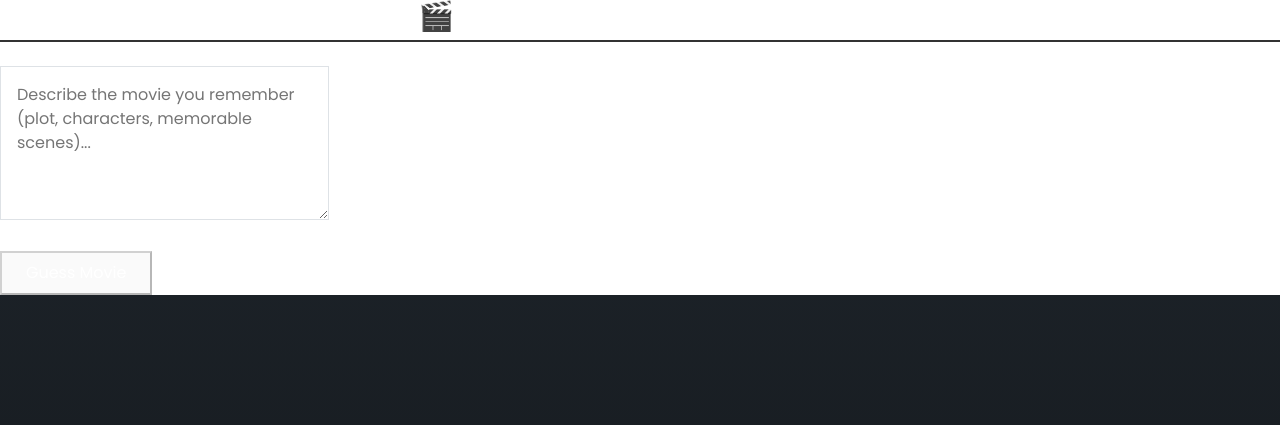
Repository: MahmoudSaad1307/DEPI-MoviesApp
Page: /movies
An editor plug-in stored every save of this project. The page is shown before and after the next save, followed by the edit.
The browser window is 1280 px wide. The pictures show the whole page.
The project was rebuilt for these pictures with package versions that can differ from the ones it lists, and the page was loaded fresh each time. Also part of the build but not shown: vite.config.js, vite.config.ts, src/constants/components/Navbar.jsx, src/constants/components/Footer.jsx, src/pages/Layout.jsx, src/components/popular.jsx, src/components/continueWatching.jsx, src/components/topPicks.jsx and 11 more.

Above is the page before, as saved 2025-04-19 15:39:09.

### index.html
<!doctype html>
<html lang="en">
  <head>
    <meta charset="UTF-8" />
    <link rel="icon" type="image/svg+xml" href="/vite.svg" />

    <meta name="viewport" content="width=device-width, initial-scale=1.0" />
    <title>Vite + React + TS</title>
  </head>
  <body>
    <div id="root"></div>
    <script type="module" src="/src/main.jsx"></script>

  </body>
</html>

### src/main.jsx
// main.jsx
import { createRoot } from "react-dom/client";
import { BrowserRouter } from "react-router-dom";
import "bootstrap/dist/css/bootstrap.min.css";
import 'bootstrap/dist/js/bootstrap.bundle.min.js';
import "bootstrap-icons/font/bootstrap-icons.css";
// import '@fortawesome/fontawesome-free/css/all.min.css';
import { StrictMode, useEffect } from "react";
// import app from "./firebase/firebase";

import App from "./App";
// import { registerUser } from "./firebase/firebaseServices";

createRoot(document.getElementById("root")).render(
  <StrictMode>
    <BrowserRouter>
      <App />
    </BrowserRouter>
  </StrictMode>
);

### src/App.jsx
import { Routes, Route } from "react-router-dom";
import Layout from "./pages/Layout";
import HomePage from "./pages/HomePage";
import UserPage from "./pages/UserPage";
import ActorPage from "./pages/Actor";
import MoviesPage from "./pages/MoviesPage";
import TVShowsPage from "./pages/tvshows";
import MovieDetails from "./pages/MovieDetails";
import UserEditPage from "./pages/UserEditPage";
import Watchlist from "./pages/Watchlist";
import Bonus from "./constants/components/bonus";
import Tess from "./constants/components/MovieSearch";
import "bootstrap/dist/css/bootstrap.min.css";
import 'bootstrap/dist/js/bootstrap.bundle.min.js';
import "bootstrap-icons/font/bootstrap-icons.css";
const App = () => {
  return (
    // <Routes>
    //   <Route element={<Layout />}>
    //     <Route path="/" element={<HomePage />} />
    //     <Route path="/movie-details/:media_type/:id" element={<MovieDetails />} />
    //     <Route path="/user" element={<UserPage />} />
    //     <Route path="/user/edit" element={<UserEditPage />} />
    //     <Route path="/actor/:id" element={<ActorPage />}/>
    //     <Route path="/movies" element={<MoviesPage />} />
    //     <Route path="/tv-shows" element={<TVShowsPage />} />
    //     <Route path="/watchlist" element={<Watchlist />} />
    //   </Route>
    // </Routes>
    <Tess/>
  );
};

export default App;

### src/constants/components/MovieSearch.jsx
import React, { useState, useEffect } from "react";

export default function MovieSearch() {
  const [description, setDescription] = useState("");
  const [movieName, setMovieName] = useState("");
  const [loading, setLoading] = useState(false);
  const [error, setError] = useState("");

  const API_KEY = "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";

  const guessMovie = async () => {
    if (!description.trim()) {
      setError("Please enter a movie description");
      return;
    }

    setLoading(true);
    setMovieName("");
    setError("");

    const controller = new AbortController(); // Create AbortController
    const signal = controller.signal;

    try {
      const response = await fetch(
        "https://api.groq.com/openai/v1/chat/completions",
        {
          method: "POST",
          headers: {
            "Content-Type": "application/json",
            "Authorization": `Bearer ${API_KEY}`,
          },
          body: JSON.stringify({
            model: "llama3-70b-8192",
            messages: [
              {
                role: "user",
                content: `What movie is this based on the following description: ${description}? Reply with just the movie name.`,
              },
            ],
            temperature: 0.7,
            max_tokens: 100,
          }),
          signal, // Pass the abort signal
        }
      );

      if (!response.ok) {
        const errorData = await response.json().catch(() => ({}));
        throw new Error(`API error ${response.status}: ${errorData.error?.message || response.statusText}`);
      }

      const data = await response.json();
      const guess = data.choices?.[0]?.message?.content || "Couldn't determine the movie.";
      setMovieName(guess.trim());
    } catch (error) {
      if (error.name === "AbortError") {
        console.log("Fetch aborted");
      } else {
        setError(`Error: ${error.message || "Failed to connect to AI service"}`);
      }
    } finally {
      setLoading(false);
    }

    // Cleanup on component unmount
    return () => controller.abort();
  };

  // Use useEffect to handle cleanup
  useEffect(() => {
    return () => {
      // Cleanup if component unmounts
      const controller = new AbortController();
      controller.abort();
    };
  }, []);

  return (
    <div className="max-w-lg mx-auto p-6 bg-white rounded-lg shadow-md">
      <h2 className="text-2xl font-bold text-center mb-4">🎬 Movie Memory Assistant</h2>
      <div className="mb-4">
        <textarea
          className="w-full p-3 border border-gray-300 rounded-md focus:outline-none focus:ring-2 focus:ring-blue-500"
          rows="5"
          placeholder="Describe the movie you remember (plot, characters, memorable scenes)..."
          value={description}
          onChange={(e) => setDescription(e.target.value)}
        />
      </div>
      <button
        className="w-full bg-blue-600 text-white py-2 px-4 rounded-md hover:bg-blue-700 focus:outline-none focus:ring-2 focus:ring-blue-500 disabled:bg-gray-400"
        onClick={guessMovie}
        disabled={loading || !description.trim()}
      >
        {loading ? "Thinking..." : "Guess Movie"}
      </button>
      {error && (
        <div className="mt-4 p-3 bg-red-100 border-l-4 border-red-500 text-red-700">
          <p>{error}</p>
        </div>
      )}
      {movieName && (
        <div className="mt-4 p-4 bg-blue-50 rounded-lg border border-blue-200">
          <h3 className="font-medium text-lg">AI Guess:</h3>
          <p className="text-xl font-bold text-blue-800">{movieName}</p>
        </div>
      )}
    </div>
  );
}

### src/pages/Actor.css
* {
  margin: 0;
  padding: 0;
  box-sizing: border-box;
}

@font-face {
  font-family: TiemposHeadlineWeb-Bold;
  src: url(https://s.ltrbxd.com/fonts/TiemposHeadlineWeb-Bold.eot);
}

@font-face {
  font-family: Graphik-Light;
  src: url(https://s.ltrbxd.com/fonts/Graphik-Light-Web.eot);
}

@font-face {
  font-family: Graphik-Regular;
  src: url(https://s.ltrbxd.com/fonts/Graphik-Regular-Web.eot);
}

@font-face {
  font-family: Graphik-Semibold;
  src: url(https://s.ltrbxd.com/fonts/Graphik-SemiboldItalic-Web.eot);
}

body {
  font-family: Graphik-Regular, sans-serif;
  background: linear-gradient(#20272e, #14181c);
  background-attachment: fixed;
  color: #fff;
}

.centering {
  width: 1000px;
  margin: auto;
}

header {
  background-color: #14181c;
  position: relative;
  z-index: 1;
}

nav {
  display: flex;
  justify-content: space-around;
  align-items: center;
  color: #fff;
  padding: 20px 0;
}

a {
  text-decoration: none;
  color: #fff;
}

li {
  list-style: none;
}

.logo {
  font-family: TiemposHeadlineWeb-Bold, sans-serif;
  font-size: 29px;
  color: #fff;
  font-weight: 800;
}

.logo img {
  width: 55px;
  height: 20px;
}

.navbarItems {
  display: flex;
  align-items: center;
}

.navbar-nav {
  display: flex;
  align-items: center;
  position: relative;
}

.navbar-nav .nav-item {
  margin: 0 10px;
}

.nav-link {
  font-family: Graphik-Semibold, sans-serif;
  text-transform: uppercase;
  font-size: 13px;
  font-weight: 800;
  color: #667788;
  transition: 0.2s;
}

.nav-link:hover {
  color: #fff;
}

.dropdown {
  display: flex;
  align-items: center;
}

.dropdown img {
  width: 25px;
  height: 25px;
  margin-right: 5px;
  border-radius: 50%;
}

.dropdown-menu {
  display: none;
  position: absolute;
  top: 26px;
  background-color: #8899aa;
  padding: 15px;
  box-shadow: 0 0 10px rgba(0, 0, 0, 0.5);
}

.dropdown-item {
  padding: 10px 0;
}

.btnLog {
  background-color: #15ad2d;
  color: #fff;
  padding: 7px 15px;
  border-radius: 5px;
  border: none;
  font-size: 13px;
  font-weight: 700;
  margin-left: 15px;
  cursor: pointer;
  transition: 0.2s;
}

.btnLog:hover {
  background-color: #009d1a;
}

hr {
  margin: 5px 0px 15px 0px;
  border: 1px solid rgb(102, 119, 136, 0.3);
}

.actorProfile {
  display: flex;
  justify-content: space-between;
  margin-top: 20px;
  padding-bottom: 40px;
}

.actorFilms {
  width: 70%;
  display: flex;
  flex-direction: column;
  margin-top: 10px;
}

.actorFilms p {
  font-family: Graphik-Light, sans-serif;
  font-size: 13px;
  font-weight: 300;
  text-transform: uppercase;
  color: #667788;
}

.actorFilms h2 {
  font-family: Graphik-Semibold, sans-serif;
  font-size: 25px;
  font-weight: 700;
  margin-bottom: 40px;
}

.actorFilms img {
  width: 125 px;
  height: 190px;
  margin-bottom: 20px;
  border-radius: 5px;
  cursor: pointer;
}
.actorFilms img:hover {
  transform: scale(1.03);
  transition: 0.3s;
}
.films {
  display: flex;
  flex-wrap: wrap;
  justify-content: space-between;
}

.aboutActor {
  width: 25%;
  display: flex;
  flex-direction: column;
  margin-top: 30px;
}

.aboutActor img {
  width: 230px;
  height: 340px;
  border-radius: 5px;
  border: 1px solid rgb(255, 255, 255, 0.3);
  cursor: pointer;
}

.aboutActor img:hover {
  border: 1px solid rgb(255, 255, 255 , 0.6);
  transition: 0.3s;
}

.aboutActor h3 {
  font-family: Graphik-Semibold, sans-serif;
  font-size: 15px;
  margin-top: 20px;
  color: #667788;
}

.aboutActor p {
  font-family: Graphik-Light, sans-serif;
  font-size: 13px;
  font-weight: 300;
  margin-top: 10px;
  color: #667788;
}

footer {
  background-color: #2c3440;
  color: #91a1b2;
  height: 170px;
}

.hallFooter {
  display: flex;
  justify-content: space-between;
  padding: 35px 0;
}

.footerLinks {
  display: flex;
  flex-direction: column;
  width: 60%;
}

.Links {
  display: flex;
  justify-content: space-between;
  margin-bottom: 25px;
}

.footerLink {
  font-family: Graphik-Semibold, sans-serif;
  font-size: 15px;
  font-weight: 700;
  cursor: pointer;
  transition: 0.3s;
}

.footerLink:hover {
  color: #fff;
}

.copyRights {
  font-family: Graphik-Light, sans-serif;
  font-size: 12px;
  opacity: 0.6;
}

.socialLinks {
  display: flex;
  justify-content: space-between;
  width: 20%;
}

.socialLink {
  cursor: pointer;
  opacity: 0.6;
  transition: 0.3s;
}

.socialLink:hover {
  color: #fff;
}
@media (max-width: 768px) {
  .centering {
    width: 100%;
    padding: 0 20px;
  }

  .actorProfile {
    flex-direction: column;
    align-items: center;
  }

  .actorFilms {
    width: 100%;
  }

  .aboutActor {
    width: 100%;
    align-items: center;
  }

  .aboutActor img {
    width: 80%;
  }

  .actorFilms img {
    width: 80%;
  }

  .socialLinks {
    flex-direction: column;
    align-items: center;
  }

}

### src/pages/MoviesPage.css
/* ======== General Container ======== */
.container {
  padding: 20px;
  max-width: 1200px;
  margin: 0 auto;
}

/* ======== Film List ======== */
.film-list {
  display: flex;
  flex-wrap: wrap;
  gap: 24px;
  justify-content: center;
  padding: 20px 0;
}

/* ======== Film Card ======== */
.film-card {
  background-color: #1c1c1c;
  border-radius: 16px;
  color: #eaeaea;
  flex: 1 1 calc(25% - 24px);
  transition: transform 0.4s ease, box-shadow 0.4s ease, background-color 0.4s ease;
  overflow: hidden;
  box-shadow: 0 6px 12px rgba(0, 0, 0, 0.35);
  position: relative;
  min-width: 240px;
  max-width: 300px;
}

/* ======== Hover Effect ======== */
.film-card:hover {
  transform: translateY(-8px) scale(1.02);
  box-shadow: 0 20px 40px rgba(0, 0, 0, 0.6);
  background-color: #252525;
}

.film-card img {
  width: 100%;
  height: auto;
  max-height: 220px;
  object-fit: cover;
  transition: transform 0.4s ease;
}

.film-card:hover img {
  transform: scale(1.1);
}

/* ======== Card Body ======== */
.card-body {
  padding: 15px;
  text-align: center;
}

.card-body h5 {
  margin: 0 0 8px;
  font-size: 1.1rem;
  font-weight: bold;
  word-wrap: break-word;
}

.card-body p:first-of-type {
  margin: 0 0 8px;
  font-size: 0.9rem;
  color: #f4d03f;
}

.card-body p:last-of-type {
  font-size: 0.85rem;
  color: #b0b0b0;
  line-height: 1.3;
}

/* ======== Section Title ======== */
h2 {
  margin-bottom: 15px;
  font-size: 1.8rem;
  color: #ffffff;
  border-bottom: 2px solid #333;
  padding-bottom: 5px;
  text-transform: capitalize;
  font-family: 'Arial Black', sans-serif;
  letter-spacing: 0.5px;
}

/* ======== Utility Classes ======== */
.text-center {
  text-align: center;
}

.mb-5 {
  margin-bottom: 3rem;
}

.mb-4 {
  margin-bottom: 2rem;
}

/* ======== Popular Reviews Section ======== */
.review-list {
  display: flex;
  flex-wrap: wrap;
  gap: 20px;
  justify-content: center;
}

.review-card {
  background: linear-gradient(145deg, #202020, #1a1a1a);
  border-radius: 16px;
  padding: 20px;
  flex: 1 1 calc(33.33% - 20px);
  min-width: 260px;
  max-width: 350px;
  color: #eaeaea;
  box-shadow: 0 4px 15px rgba(0, 0, 0, 0.4);
  transition: transform 0.3s ease, box-shadow 0.3s ease;
}

.review-card h5 {
  margin: 0 0 10px;
  color: #f4d03f;
  font-size: 1.1rem;
}

.review-card p {
  font-style: italic;
  margin-bottom: 8px;
  font-size: 0.9rem;
  color: #c0c0c0;
}

.review-card span {
  font-size: 0.85rem;
  color: #a0a0a0;
}

.review-card:hover {
  transform: translateY(-5px);
  box-shadow: 0 10px 25px rgba(255, 255, 255, 0.08);
}

/* ======== Responsive Media Queries ======== */

/* Tablet */
@media (max-width: 992px) {
  .film-card {
    flex: 1 1 calc(33.33% - 24px);
  }
  .review-card {
    flex: 1 1 calc(50% - 20px);
  }
}

/* Mobile */
@media (max-width: 600px) {
  .film-card {
    flex: 1 1 100%;
  }
  .review-card {
    flex: 1 1 100%;
  }
  h2 {
    font-size: 1.5rem;
    text-align: center;
  }
}

### src/pages/styles.css
@import url('https://fonts.googleapis.com/css2?family=Poppins:wght@400;700&display=swap');

:root {
  --main-color: #13c6b0;
  --secondary-color: #1f1f1f;

}

* {
  margin: 0;
  padding: 0;
  box-sizing: border-box;
}

a {
  padding: 0;
  text-decoration: none;
}

body {
    font-family: 'Poppins', sans-serif;

  background-color: black;
}
#navbar-container {
  position: sticky;
  top: 0;
  z-index: 1000;

}





.search-form {
  display: flex;
  justify-content: center;
  align-items: center;
}

.search-box {
  display: flex;
  align-items: center;
  background: #232b32;
  border-radius: 25px;
  padding: 10px 15px;
  width: 250px;
}

.search-input {
  border: none;
  background: transparent;
  outline: none;
  color: #fff;
  flex: 1;
}

.search-button {
  background: none;
  border: none;
  color: #b0b3b8;
  cursor: pointer;
  font-size: 18px;
}

.search-button:hover {
  color: #fff;
}

.logo {
  display: flex;
  justify-content: center;
}

.logo .logo_icon {
  margin-right: 10px;
  width: 40px;
  height: 40px;
}

.logo h1 {
  color: var(--main-color);
  margin: auto 0;
}

.movie-container {
  margin-bottom: 20px;
  position: relative;
}

.movie-card {
  width: 100%;
  position: relative;
  border-radius: 10px;
  overflow: hidden;
  transition: transform 0.3s ease-in-out;
}

.movie-card:hover {
  transform: scale(1.05);
}

.movie-card img {
  width: 100%;
  border-radius: 10px;
}

.top-badge {
  position: absolute;
  top: 8px;
  right: 8px;
  background-color: var(--main-color);
  color: white;
  font-size: 12px;
  font-weight: bold;
  padding: 4px 8px;
  border-radius: 5px;
}

.movie-card + .movie-title {
  margin: 0 0 20px 0;
  text-align: center;
  font-size: 18px;
  font-weight: bold;
  color: gray;
  transition: margin 0.3s ease-in-out;
}

.movie-card:hover + .movie-title {
  color: white;
  margin-top: 15px;
  margin-bottom: 5px;
}

.image-container {
  position: relative;
  display: inline-block;
  width: 100%;
  border-radius: 8px;
}

.image-container img {
  width: 100%;
  display: block;
  border-radius: 8px;
}

.image-container .overlay {
  position: absolute;
  bottom: 0;
  left: 0;
  width: 100%;
  height: 40px;
  background: linear-gradient(to top, rgba(0, 0, 0, 0.7), transparent);
  border-radius: 8px;
}

.rating {
  position: absolute;
  bottom: 10px;
  left: 10px;
  font-size: 12px;
  font-weight: bold;
  z-index: 2;
  color: whitesmoke;
}

.rating i {
  font-size: 8px;
  color: whitesmoke;
}

.movie-card-link {
  position: relative;
  display: block;
  text-decoration: none;
}

.movie-detail {
  position: absolute;
  top: 0;
  left: 0;
  width: 100%;
  background-color: rgba(15, 15, 15, 0.95);
  border-radius: 8px;
  box-shadow: 0 4px 12px rgba(0, 0, 0, 0.5);
  z-index: 10;
  opacity: 0;
  visibility: hidden;
  transition: opacity 0.3s ease;
}

.movie-card-link:hover .movie-detail,
.movie-container:hover .movie-detail {
  opacity: 1;
  visibility: visible;
}

.detail-backdrop {
  position: relative;
  height: 150px;
  border-top-left-radius: 8px;
  border-top-right-radius: 8px;
  overflow: hidden;
}

.detail-backdrop img {
  width: 100%;
  height: 100%;
  object-fit: cover;
  object-position: center 25%;
  transition: 0.3s ease-in-out;
}

.detail-title {
  position: absolute;
  bottom: 0;
  left: 0;
  right: 0;
  padding: 10px;
  background: linear-gradient(transparent, rgba(0, 0, 0, 0.8));
  color: white;
  font-weight: bold;
  font-size: 14px;
}

.detail-info {
  padding: 10px;
}

.detail-meta {
  display: flex;
  justify-content: space-between;
  margin-bottom: 8px;
}

.detail-rating {
  color: var(--rating-color);
  font-weight: bold;
}

.detail-year-time {
  color: #aaa;
  font-size: 12px;
}

.detail-tags {
  display: flex;
  flex-wrap: wrap;
  gap: 5px;
  margin-bottom: 8px;
}

.tag {
  background-color: #333;
  padding: 2px 8px;
  border-radius: 4px;
  font-size: 11px;
  color: #fff;
}

.detail-description {
  font-size: 12px;
  color: #ddd;
  margin-bottom: 8px;
  display: -webkit-box;
  -webkit-line-clamp: 3;
  -webkit-box-orient: vertical;
  overflow: hidden;
}

### src/pages/responsive.css

@media (max-width: 768px) {
  .movie-title {
    font-size: 2rem;
  }

  .movie-poster {
    width: 100%;
  }

  .cast-grid {
    grid-template-columns: repeat(2, 1fr);
  }
}
@media (max-width: 992px) {
}
@media (min-width: 300px) {
  .container {
    width: 95%;
  }
}
/* small */
@media (min-width: 576px) {
  .container {
    width: 95%;
  }
}

@media (min-width: 768px) {
  .container {
    width: 95%;
  }
}


@media (max-width:991px)  {
  .movie_container{
padding: 0 5px;

  }
}
@media (min-width: 992px) {
  .container {
    width: 95%;
  }
  .movies_grid{


    gap: 10px;

  }



}
@media (min-width: 1200px) {
  .container {
    max-width:  95%;
  }
}
@media (max-width: 768px) {
  .actorProfile {
    flex-direction: column-reverse;
  }

  .actorFilms, .aboutActor {
    width: 100%;
  }

  .aboutActor {
    margin-bottom: 30px;
    display: flex;
    align-items: center;
  }

  .aboutActor img {
    width: 150px;
    height: auto;
    margin-right: 20px;
  }
}

Loaded but not shown: src/pages/Homepage.css (536 lines, source omitted); src/pages/MovieDetails.css (352 lines, source omitted)

After the next save:
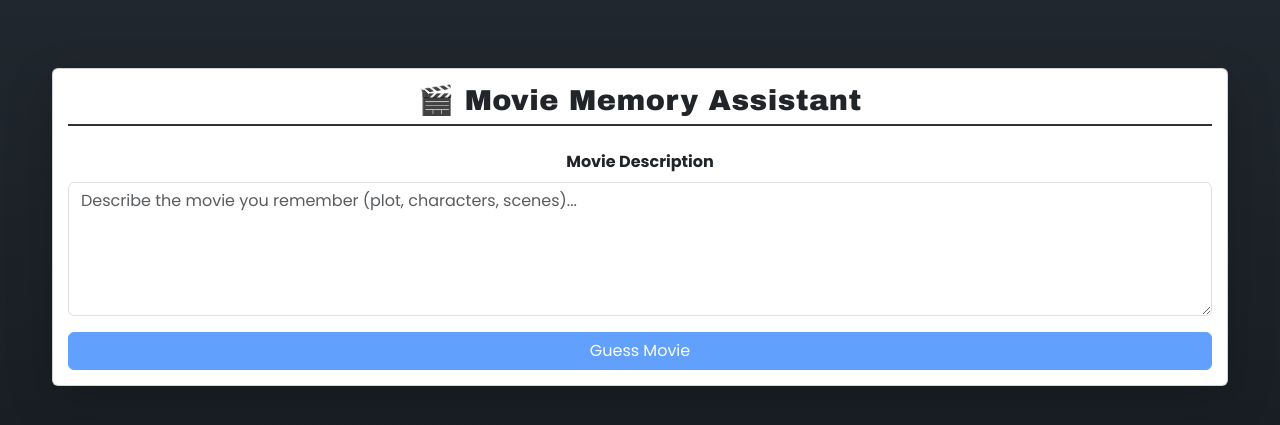
Saved 5 min 32 s later.
--- a/src/constants/components/MovieSearch.jsx
+++ b/src/constants/components/MovieSearch.jsx
@@ -18,7 +18,7 @@ export default function MovieSearch() {
     setMovieName("");
     setError("");
 
-    const controller = new AbortController(); // Create AbortController
+    const controller = new AbortController();
     const signal = controller.signal;
 
     try {
@@ -28,7 +28,7 @@ export default function MovieSearch() {
           method: "POST",
           headers: {
             "Content-Type": "application/json",
-            "Authorization": `Bearer ${API_KEY}`,
+            Authorization: `Bearer ${API_KEY}`,
           },
           body: JSON.stringify({
             model: "llama3-70b-8192",
@@ -41,17 +41,20 @@ export default function MovieSearch() {
             temperature: 0.7,
             max_tokens: 100,
           }),
-          signal, // Pass the abort signal
+          signal,
         }
       );
 
       if (!response.ok) {
         const errorData = await response.json().catch(() => ({}));
-        throw new Error(`API error ${response.status}: ${errorData.error?.message || response.statusText}`);
+        throw new Error(
+          `API error ${response.status}: ${errorData.error?.message || response.statusText}`
+        );
       }
 
       const data = await response.json();
-      const guess = data.choices?.[0]?.message?.content || "Couldn't determine the movie.";
+      const guess =
+        data.choices?.[0]?.message?.content || "Couldn't determine the movie.";
       setMovieName(guess.trim());
     } catch (error) {
       if (error.name === "AbortError") {
@@ -63,49 +66,58 @@ export default function MovieSearch() {
       setLoading(false);
     }
 
-    // Cleanup on component unmount
     return () => controller.abort();
   };
 
-  // Use useEffect to handle cleanup
   useEffect(() => {
     return () => {
-      // Cleanup if component unmounts
       const controller = new AbortController();
       controller.abort();
     };
   }, []);
 
   return (
-    <div className="max-w-lg mx-auto p-6 bg-white rounded-lg shadow-md">
-      <h2 className="text-2xl font-bold text-center mb-4">🎬 Movie Memory Assistant</h2>
-      <div className="mb-4">
-        <textarea
-          className="w-full p-3 border border-gray-300 rounded-md focus:outline-none focus:ring-2 focus:ring-blue-500"
-          rows="5"
-          placeholder="Describe the movie you remember (plot, characters, memorable scenes)..."
-          value={description}
-          onChange={(e) => setDescription(e.target.value)}
-        />
+    <div className="container my-5">
+      <div className="card shadow-lg">
+        <div className="card-body">
+          <h2 className="card-title text-center mb-4">
+            🎬 Movie Memory Assistant
+          </h2>
+          <div className="mb-3">
+            <label htmlFor="description" className="form-label fw-bold">
+              Movie Description
+            </label>
+            <textarea
+              id="description"
+              className="form-control"
+              rows="5"
+              placeholder="Describe the movie you remember (plot, characters, scenes)..."
+              value={description}
+              onChange={(e) => setDescription(e.target.value)}
+            />
+          </div>
+          <button
+            className="btn btn-primary w-100"
+            onClick={guessMovie}
+            disabled={loading || !description.trim()}
+          >
+            {loading ? "Thinking..." : "Guess Movie"}
+          </button>
+
+          {error && (
+            <div className="alert alert-danger mt-3" role="alert">
+              {error}
+            </div>
+          )}
+
+          {movieName && (
+            <div className="alert alert-info mt-4">
+              <h5 className="mb-1">AI Guess:</h5>
+              <strong className="text-dark">{movieName}</strong>
+            </div>
+          )}
+        </div>
       </div>
-      <button
-        className="w-full bg-blue-600 text-white py-2 px-4 rounded-md hover:bg-blue-700 focus:outline-none focus:ring-2 focus:ring-blue-500 disabled:bg-gray-400"
-        onClick={guessMovie}
-        disabled={loading || !description.trim()}
-      >
-        {loading ? "Thinking..." : "Guess Movie"}
-      </button>
-      {error && (
-        <div className="mt-4 p-3 bg-red-100 border-l-4 border-red-500 text-red-700">
-          <p>{error}</p>
-        </div>
-      )}
-      {movieName && (
-        <div className="mt-4 p-4 bg-blue-50 rounded-lg border border-blue-200">
-          <h3 className="font-medium text-lg">AI Guess:</h3>
-          <p className="text-xl font-bold text-blue-800">{movieName}</p>
-        </div>
-      )}
     </div>
   );
 }
